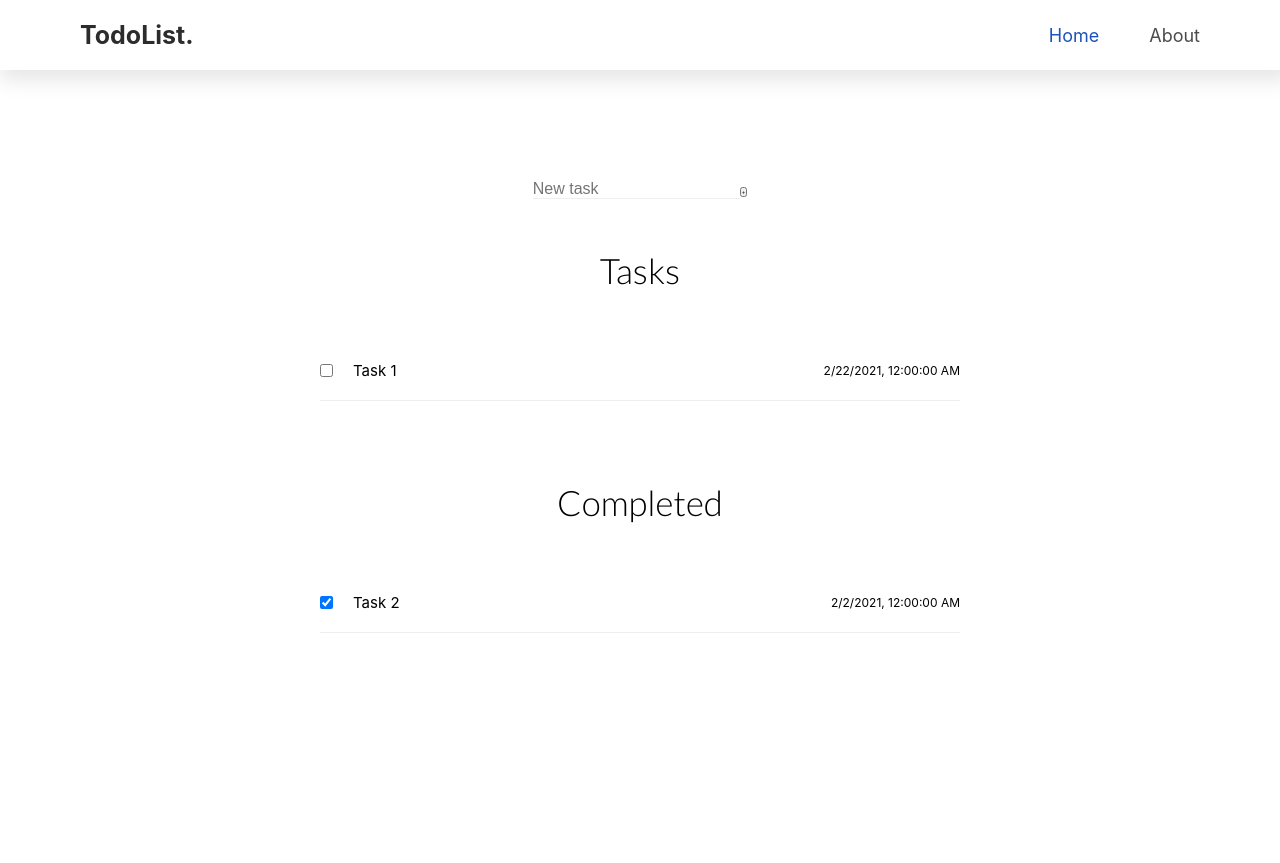
Repository: dqhuy153/react-todoList
Page: /
An editor plug-in stored every save of this project. The page is shown before and after the next save, followed by the edit.
The browser window is 1280 px wide. The pictures show the whole page.
The project was rebuilt for these pictures with package versions that can differ from the ones it lists, and the page was loaded fresh each time. Also part of the build but not shown: src/components/UI/LoadingSpinner.module.scss.

Above is the page before, as saved 2021-09-16 21:58:46.

### src/App.js
import React, { Suspense } from 'react';
import { Switch, Route } from 'react-router-dom';

import './App.css';
import Layout from './components/layout/Layout';
import LoadingSpinner from './components/UI/LoadingSpinner';

const Home = React.lazy(() => import('./components/pages/Home'));
const About = React.lazy(() => import('./components/pages/About'));

function App() {
  return (
    <Layout>
      <Suspense
        fallback={
          <div className="centered">
            <LoadingSpinner />
          </div>
        }
      >
        <Switch>
          <Route path="/" exact>
            <Home />
          </Route>
          <Route path="/about">
            <About />
          </Route>
          {/* <Route path="/products" exact>
          <Products />
        </Route>
        <Route path="/products/:productId">
          <ProductDetail />
        </Route> */}
        </Switch>
      </Suspense>
    </Layout>
  );
}

export default App;

### src/App.css
@import url('https://fonts.googleapis.com/css2?family=Lato:ital,wght@0,100;0,300;0,400;0,700;0,900;1,100;1,300;1,400;1,700;1,900&display=swap');

* {
  box-sizing: border-box;
  font-size: 62.5%;
  padding: 0;
  margin: 0;
}

.centered {
  margin: 3rem auto;
  text-align: center;
  display: flex;
  justify-content: center;
  align-items: center;
}

### src/components/layout/Layout.js
import React, { Fragment } from 'react';
import AppNavigation from './AppNavigation';

import styles from './Layout.module.scss';

export default function Layout(props) {
  return (
    <Fragment>
      <AppNavigation logoTitle="TodoList." />
      <main className={styles.main}>{props.children}</main>
    </Fragment>
  );
}

### src/components/UI/LoadingSpinner.js
import styles from './LoadingSpinner.module.scss';

const LoadingSpinner = () => {
  return <div className={styles.spinner}></div>;
};

export default LoadingSpinner;

### src/components/pages/Home.js
import { useState } from 'react';
import TodoList from '../todos/TodoList';

import styles from './Home.module.scss';

const initTodoList = [
  {
    id: 1,
    title: 'Task 1',
    date: new Date('2/22/2021'),
    completed: false,
  },
  {
    id: 2,
    title: 'Task 2',
    date: new Date('2/2/2021'),
    completed: true,
  },
];

export default function Home(props) {
  const [todoList, setTodoList] = useState(initTodoList);

  const handleStatusChange = (id) => {
    let updatedTodoList = todoList.map((todo) => {
      if (todo.id === id) {
        todo.completed = !todo.completed;
      }
      return todo;
    });

    setTodoList(updatedTodoList);
  };

  return (
    <div className={styles.container}>
      <div className={styles.add}>
        <input placeholder="New task" />
        <button>+</button>
      </div>
      <h1>Tasks</h1>
      <TodoList
        items={todoList.filter((i) => i.completed === false)}
        onStatusChange={handleStatusChange}
      />
      <h1 className={styles['completed-title']}>Completed</h1>
      <TodoList
        items={todoList.filter((i) => i.completed === true)}
        onStatusChange={handleStatusChange}
      />
    </div>
  );
}

### src/components/layout/AppNavigation.js
import React from 'react';
import { NavLink } from 'react-router-dom';

import styles from './AppNavigation.module.scss';

export default function AppNavigation({ logoTitle = 'Demo.', ...props }) {
  return (
    <header className={styles.header}>
      <div className={styles.logo}>{logoTitle}</div>
      <nav>
        <ul>
          <li>
            <NavLink to="/" exact activeClassName={styles.active}>
              Home
            </NavLink>
          </li>
          <li>
            <NavLink to="/about" activeClassName={styles.active}>
              About
            </NavLink>
          </li>
        </ul>
      </nav>
    </header>
  );
}

### src/components/todos/TodoList.js
import React from 'react';
import TodoItem from './TodoItem';

import styles from './TodoList.module.scss';

export default function TodoList({ items, onStatusChange, ...props }) {
  return (
    <ul className={styles.container}>
      {items.map((item) => (
        <li key={item.id}>
          <TodoItem
            id={item.id}
            title={item.title}
            date={item.date}
            completed={item.completed}
            onStatusChange={onStatusChange}
          />
        </li>
      ))}
    </ul>
  );
}

### src/components/pages/Home.module.scss
.container {
  padding: 18rem 0;

  h1 {
    text-align: center;
    font-family: 'Lato', sans-serif;
    font-weight: 300;
    font-size: 3.5rem;
  }

  .completed-title {
    margin-top: 8rem;
  }

  .add {
    text-align: center;
    margin-bottom: 5rem;

    input {
      border: none;
      border-bottom: 1px solid #eee;
      font-size: 1.6rem;
    }
  }
}

### src/components/layout/AppNavigation.module.scss
.header {
  width: 100%;
  height: 7rem;
  display: flex;
  align-items: center;
  justify-content: space-between;
  background-color: #ffffff;
  padding: 0 8rem;
  box-shadow: 5px 5px 20px 5px rgba(0, 0, 0, 0.1);
  position: fixed;
}

.logo {
  font-size: 2.5rem;
  color: rgb(44, 44, 44);
  font-weight: bold;
}

.header ul {
  list-style: none;
  margin: 0;
  padding: 0;
  display: flex;
  align-items: baseline;
}

.header li {
  margin-left: 5rem;
}

.header a {
  text-decoration: none;
  font-size: 1.8rem;
  color: #4b4b4b;
}

.header a:hover,
.header a:active,
.header a.active {
  color: rgb(28, 83, 184);
}

### src/components/todos/TodoItem.js
import styles from './TodoItem.module.scss';

export default function TodoItem({
  id,
  title,
  date,
  completed,
  onStatusChange,
  ...props
}) {
  return (
    <div className={styles.container}>
      <div className={styles.task}>
        <input
          type="checkbox"
          checked={completed}
          onChange={() => onStatusChange(id)}
        />
        <p>{title}</p>
      </div>
      <p className={styles.date}>{date.toLocaleString()}</p>
    </div>
  );
}

### src/components/todos/TodoList.module.scss
.container {
  text-align: center;
  width: 50%;
  margin: 5rem auto;
  list-style: none;
}

### src/components/todos/TodoItem.module.scss
.container {
  display: flex;
  align-items: center;
  justify-content: space-between;
  padding: 2rem 0;
  border-bottom: 1px solid #eee;
}

.task {
  display: flex;
  align-items: center;

  p {
    padding-left: 2rem;
    font-size: 1.5rem;
  }
}

.date {
  font-size: 1.2rem;
}

Loaded but not shown: public/index.html (common file); src/index.js (common file); src/index.css (common file); src/reportWebVitals.js (common file); src/components/layout/Layout.module.scss (no stored copy; drawn as an empty file)

After the next save:
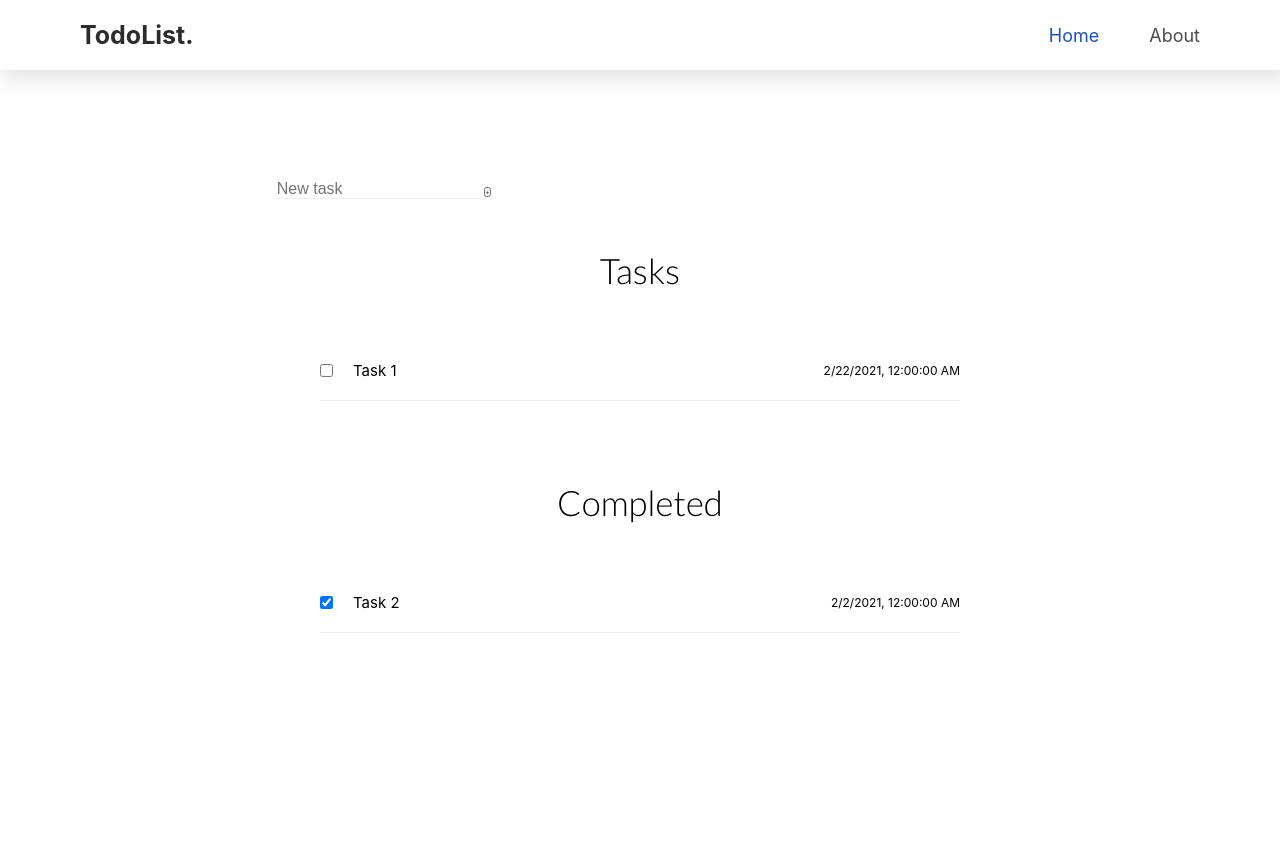
Saved 14 s later.
--- a/src/components/pages/Home.module.scss
+++ b/src/components/pages/Home.module.scss
@@ -15,6 +15,7 @@
   .add {
     text-align: center;
     margin-bottom: 5rem;
+    width: 60%;
 
     input {
       border: none;

After the save that followed:
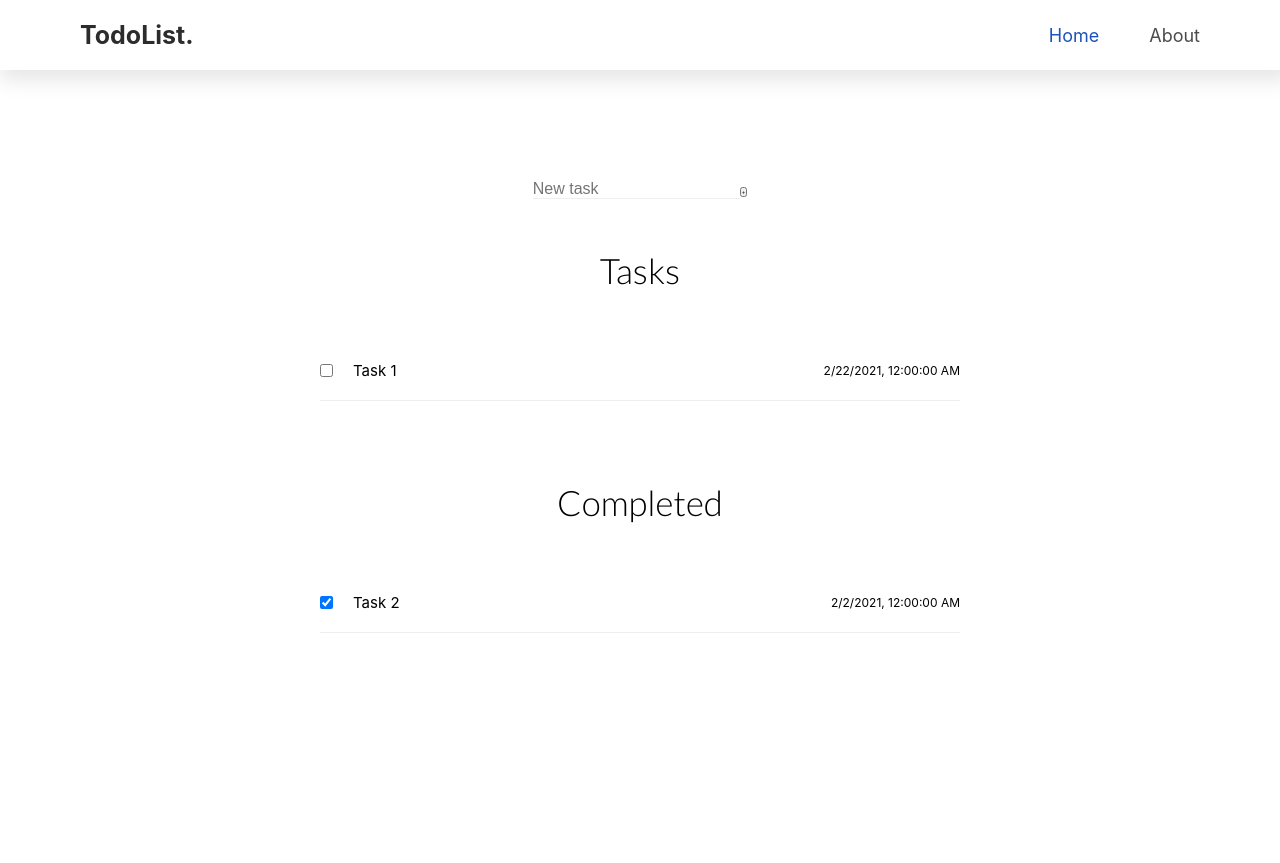
Saved 14 s later.
--- a/src/components/pages/Home.module.scss
+++ b/src/components/pages/Home.module.scss
@@ -15,7 +15,6 @@
   .add {
     text-align: center;
     margin-bottom: 5rem;
-    width: 60%;
 
     input {
       border: none;
